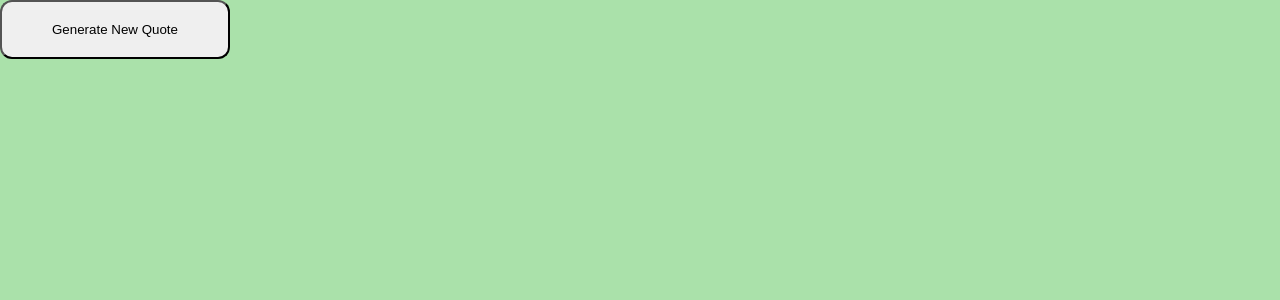
Repository: cakuang1/kanyequotes
Page: /
An editor plug-in stored every save of this project. The page is shown before and after a run of saves, followed by the edit.
The browser window is 1280 px wide. The pictures show the whole page.
The page's requests for data from a server got no answer. The project was rebuilt for these pictures with package versions that can differ from the ones it lists, and the page was loaded fresh each time. No one was signed in, and anything a server would have sent is missing.

Above is the page before, as saved 2022-07-17 23:41:44.

After the next 2 saves:
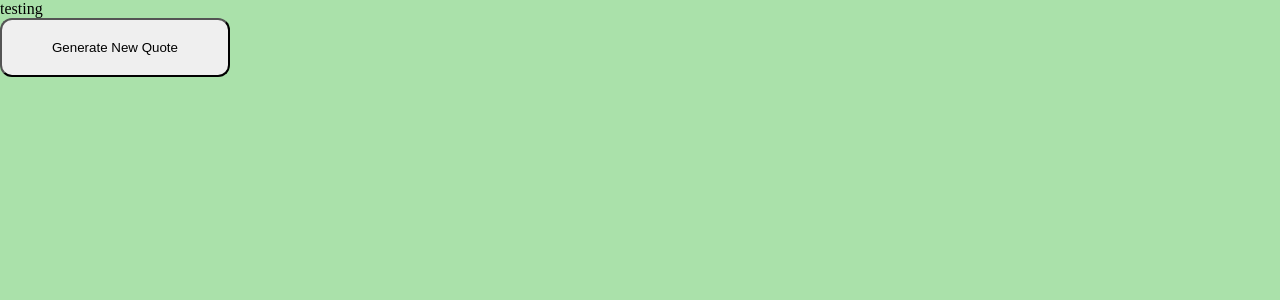
The 2 saves are shown as one change because they came seconds apart.
The last was saved 24 s later.
--- a/src/App.js
+++ b/src/App.js
@@ -13,7 +13,7 @@
 
   return (
     <>
-      <Text/>
+      <Text text = 'testing'/>
       <Button/>
     </>
   )
